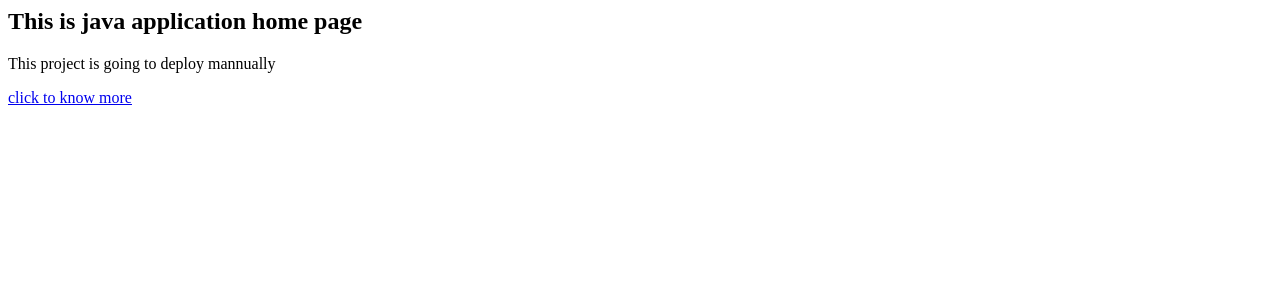
Repository: Tushar-2110-github/Photon-Workspace-JavaApp
Page: http://localhost/UploadOnTomcat/
These files come from the project's save history. The page is drawn as it stood at one moment and after the next save; the edit follows.
The browser window is 1280 px wide. The pictures show the whole page.
The page is served by Tomcat 9.

Above is the page before, as saved 2024-04-10 09:24:19.

After the next save:
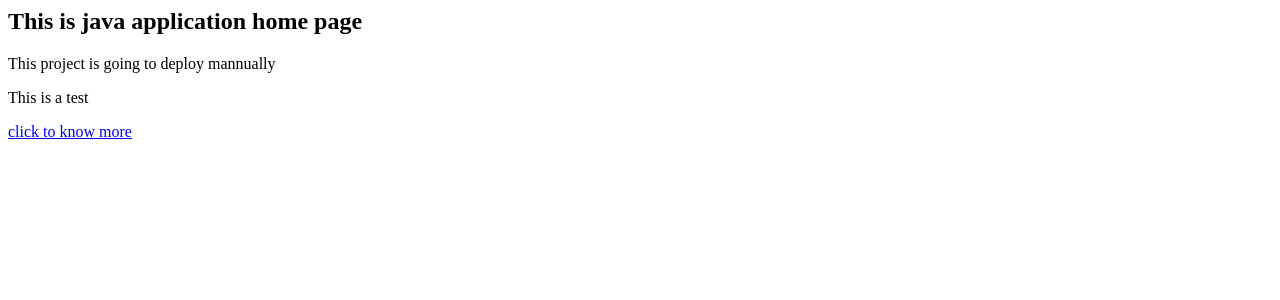
Saved 68 min 37 s later.
--- a/UploadOnTomcat/src/main/webapp/index.jsp
+++ b/UploadOnTomcat/src/main/webapp/index.jsp
@@ -2,6 +2,7 @@
 <body>
 <h2>This is java application home page</h2>
 <p>This project is going to deploy mannually</p>
+<p>This is a test </p>
 <a href="about.jsp"> click to know more</a>
 </body>
 </html>
